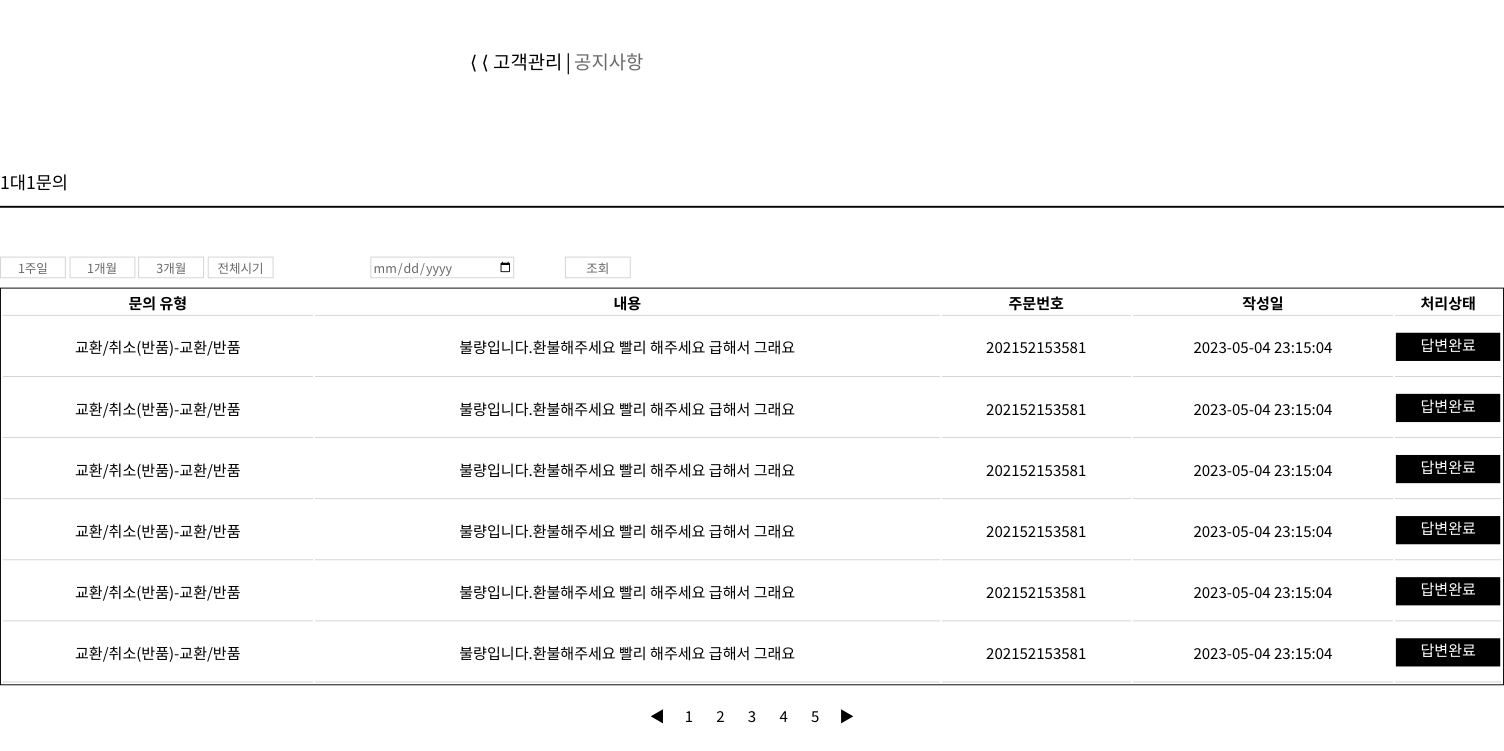
Repository: mcw9503/PassionForFashion
Page: Semi_Project/src/main/webapp/WEB-INF/announcementPage2.html
These files come from the project's save history. The page is drawn as it stood at one moment and after a run of saves; the edit follows.
The browser window is 1280 px wide. The page is 1600 px wide, so the pictures cover 1600 px, including what lies to the right of the window. The pictures show the whole page, at 94% of full size.

Above is the page before, as saved 2023-05-07 15:31:42.

### Semi_Project/src/main/webapp/WEB-INF/announcementPage2.html
<!DOCTYPE html>
<html>
<head>
<meta charset="UTF-8">
<title>Insert title here</title>
<link href="https://fonts.googleapis.com/earlyaccess/notosanskr.css"
	rel="stylesheet">
</head>

<style>

* {
	outline: none;
	margin: 0;
	font-family: 'Noto Sans KR', sans-serif;
}


input[id*="answer"] + label h3 {
	position: absolute;
	top: 50%;
	right:10px;
	width:80px;
	height:30px;
	margin-top: -15px;
	border-top: none:
	background: white;
	font-weight: 200;
}


.annNum {
font-weight: 500;
}

hr{
border-bottom: 1px solid black;
}
div button {
	color: dimgray;
	background:white;
	border: 1px solid lightgray;
	margin-bottom: 10px;
	width: 70px;
}

div button:active{
	color: black;
	background:white;
	border: 0.5px solid black;
}

div form input {
	color: dimgray;
	background:white;
	border: 1px solid lightgray;
	margin-bottom: 10px;
	width: 70px;
}

div form input:active {
	color: black;
	background:white;
	border: 0.5px solid black;
}



thead th {
 text-align: center;
 justify-content: space-between;
 border-bottom: 1px solid lightgray;
}

tbody td {
 text-align: center;
 justify-content: space-between;
 height: 60px;
 border-bottom: 1px solid lightgray;

}

tbody td span:last-child {
border: none;
}


tbody td span {
	display: inline-block;
	width: 100%;
	height: 30px;
	color:white;
	background: black;
}

table {
	width: 100%;
	text-align: center;
	border: 1px solid black;
}

#Paging{
 margin: auto;
 width: 100%;
 height: 50px;
 margin-top: 20px;
 text-align: center;


}

#Paging div{
 width: 30px;
 margin: auto;
 text-align: center;
 display: inline-block;
}

</style>
<body>
	<div style="display:inline-block; margin-left: 500px; margin-bottom: 100px; margin-top: 50px; font-size: 20px;">&lang; &lang; 고객관리 </div>
	<span style="font-size: 20px;">|</span>
	 <span style="color:dimgray;font-size: 20px;">  공지사항</span>

	<div class="annWrap" style="width: 1600px; margin: auto;" >

		<h3 style="font-weight: 400; margin-bottom: 30px; border-bottom: 2px solid black; height: 40px;"> 1대1문의</h3>
		<div style="margin-top: 50px;">
			<form>
				<button type="button">1주일</button>
				<button type="button">1개월</button>
				<button type="button">3개월</button>
				<button type="button" name="date">전체시기</button>
				<input type="date" name="date" style="width:  150px; margin-left: 100px; margin-right: 50px;">
				<input type="submit" name="submit" value="조회">
			</form>
		</div>

	<table>
		<thead style="text-align: center;">
			<tr>
				<th>문의 유형</th>
				<th>내용</th>
				<th>주문번호</th>
				<th>작성일</th>
				<th>처리상태</th>
			</tr>
		</thead>

		<tbody>
			<tr>
				<td>교환/취소(반품)-교환/반품</td>
				<td>불량입니다.환불해주세요 빨리 해주세요 급해서 그래요</td>
				<td>202152153581</td>
				<td>2023-05-04 23:15:04</td>
				<td><span>답변완료</span></td>
			</tr>
			<tr>
				<td>교환/취소(반품)-교환/반품</td>
				<td>불량입니다.환불해주세요 빨리 해주세요 급해서 그래요</td>
				<td>202152153581</td>
				<td>2023-05-04 23:15:04</td>
				<td><span>답변완료</span></td>
			</tr>
			<tr>
				<td>교환/취소(반품)-교환/반품</td>
				<td>불량입니다.환불해주세요 빨리 해주세요 급해서 그래요</td>
				<td>202152153581</td>
				<td>2023-05-04 23:15:04</td>
				<td><span>답변완료</span></td>
			</tr>
			<tr>
				<td>교환/취소(반품)-교환/반품</td>
				<td>불량입니다.환불해주세요 빨리 해주세요 급해서 그래요</td>
				<td>202152153581</td>
				<td>2023-05-04 23:15:04</td>
				<td><span>답변완료</span></td>
			</tr>
			<tr>
				<td>교환/취소(반품)-교환/반품</td>
				<td>불량입니다.환불해주세요 빨리 해주세요 급해서 그래요</td>
				<td>202152153581</td>
				<td>2023-05-04 23:15:04</td>
				<td><span>답변완료</span></td>
			</tr>
			<tr>
				<td>교환/취소(반품)-교환/반품</td>
				<td>불량입니다.환불해주세요 빨리 해주세요 급해서 그래요</td>
				<td>202152153581</td>
				<td>2023-05-04 23:15:04</td>
				<td><span>답변완료</span></td>
			</tr>
		</tbody>

	</table>
                <div id="Paging">
	                    <div class="prev">◀</div>
	                    <div>1</div>
	                    <div>2</div>
	                    <div>3</div>
	                    <div>4</div>
	                    <div>5</div>
	                    <div class="next">▶</div>
                </div>
	</div>
</body>
</html>

After the next 2 saves:
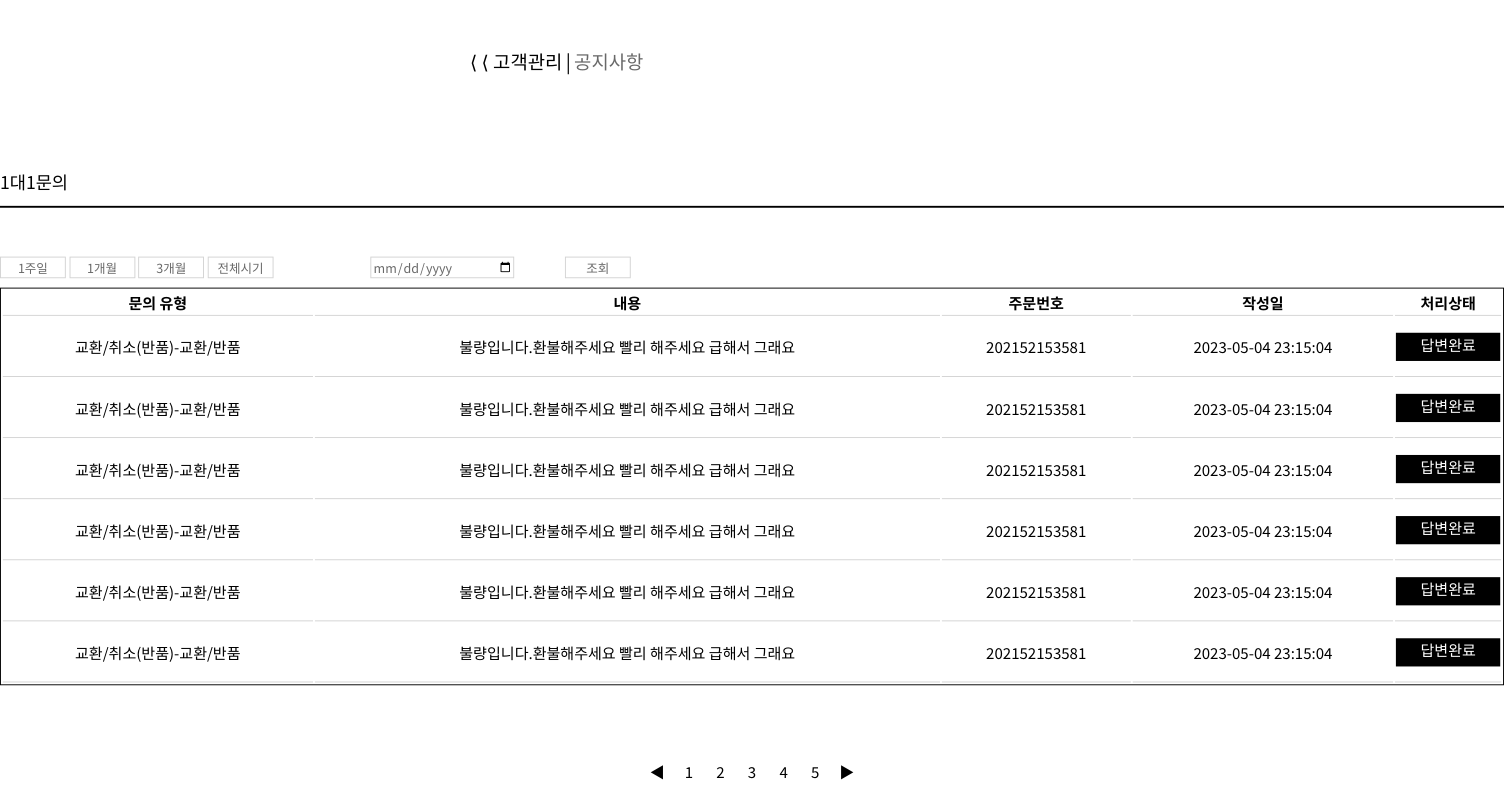
The 2 saves are shown as one change because they came seconds apart.
The last was saved 9 s later.
--- a/Semi_Project/src/main/webapp/WEB-INF/announcementPage2.html
+++ b/Semi_Project/src/main/webapp/WEB-INF/announcementPage2.html
@@ -103,7 +103,7 @@ table {
  margin: auto;
  width: 100%;
  height: 50px;
- margin-top: 20px;
+ margin-top: 80px;
  text-align: center;
 
 
